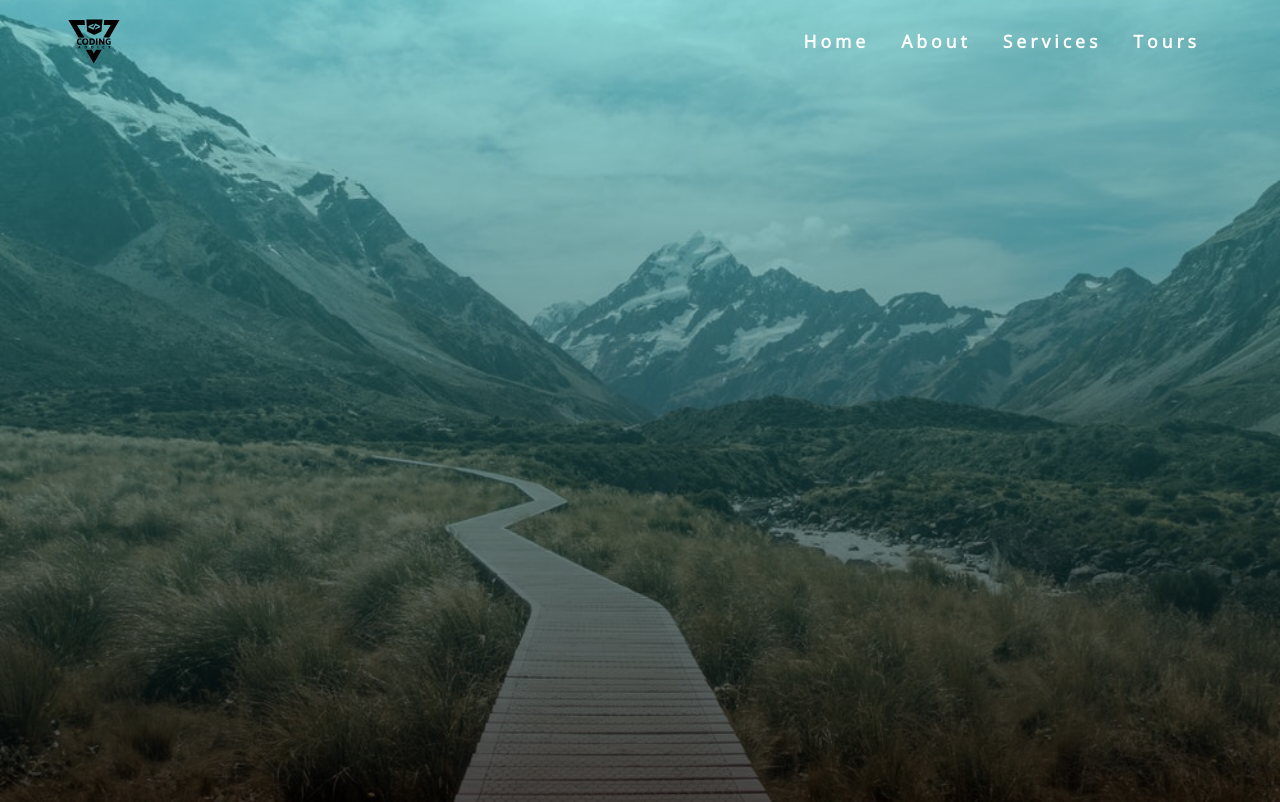
Repository: spidero7/Scroll
Page: index.html
An editor plug-in stored every save of this project. The page is shown before and after the next save, followed by the edit.
The browser window is 1280 px wide. The pictures show the whole page.
Some web libraries are served in a nearby version.

Above is the page before, as saved 2021-10-07 06:44:15.

### index.html
<!DOCTYPE html>
<html lang="en">
<head>
    <meta charset="UTF-8">
    <meta http-equiv="X-UA-Compatible" content="IE=edge">
    <meta name="viewport" content="width=device-width, initial-scale=1.0">
    <title>Scroll</title>
    <link rel="stylesheet" href="styles.css">
    <link rel="stylesheet" href="https://cdnjs.cloudflare.com/ajax/libs/font-awesome/5.14.0/css/all.min.css">
</head>
<body>
    <!-- header  -->
    <header id="home">
        <!-- navbar -->
        <nav id="nav">
            <div class="nav-center">
                <!-- nav header  -->
                <div class="nav-header">
                    <img src="./imgs/logo.svg" alt="logo" class="logo"/>
                    <button class="nav-toggle">
                        <i class="fas fa-bars"></i>
                    </button>
                </div>
                <!-- links -->
                <div class="links-container">
                    <ul class="links">
                        <li>
                          <a href="#home" class="scroll-link">home</a>
                        </li>
                        <li>
                          <a href="#about" class="scroll-link">about</a>
                        </li>
                        <li>
                          <a href="#services" class="scroll-link">services</a>
                        </li>
                        <li>
                          <a href="#tours" class="scroll-link">tours</a>
                        </li>
                      </ul>
                </div>
            </div>
        </nav>
        <!-- banner -->
        <div class="banner">
            <div class="container">
                <h1></h1>
            </div>
        </div>
    </header>
    <script src="app.js"></script>
</body>
</html>

### styles.css
/*
===============
Fonts
===============
*/
@import url("https://fonts.googleapis.com/css?family=Open+Sans|Roboto:400,700&display=swap");

/*
===============
Variables
===============
*/

:root {
  /* dark shades of primary color*/
  --clr-primary-1: hsl(205, 86%, 17%);
  --clr-primary-2: hsl(205, 77%, 27%);
  --clr-primary-3: hsl(205, 72%, 37%);
  --clr-primary-4: hsl(205, 63%, 48%);
  /* primary/main color */
  --clr-primary-5: #49a6e9;
  /* lighter shades of primary color */
  --clr-primary-6: hsl(205, 89%, 70%);
  --clr-primary-7: hsl(205, 90%, 76%);
  --clr-primary-8: hsl(205, 86%, 81%);
  --clr-primary-9: hsl(205, 90%, 88%);
  --clr-primary-10: hsl(205, 100%, 96%);
  /* darkest grey - used for headings */
  --clr-grey-1: hsl(209, 61%, 16%);
  --clr-grey-2: hsl(211, 39%, 23%);
  --clr-grey-3: hsl(209, 34%, 30%);
  --clr-grey-4: hsl(209, 28%, 39%);
  /* grey used for paragraphs */
  --clr-grey-5: hsl(210, 22%, 49%);
  --clr-grey-6: hsl(209, 23%, 60%);
  --clr-grey-7: hsl(211, 27%, 70%);
  --clr-grey-8: hsl(210, 31%, 80%);
  --clr-grey-9: hsl(212, 33%, 89%);
  --clr-grey-10: hsl(210, 36%, 96%);
  --clr-white: #fff;
  --clr-red-dark: hsl(360, 67%, 44%);
  --clr-red-light: hsl(360, 71%, 66%);
  --clr-green-dark: hsl(125, 67%, 44%);
  --clr-green-light: hsl(125, 71%, 66%);
  --clr-secondary: hsla(182, 63%, 54%);
  --clr-black: #222;
  --ff-primary: "Roboto", sans-serif;
  --ff-secondary: "Open Sans", sans-serif;
  --transition: all 0.3s linear;
  --spacing: 0.25rem;
  --radius: 0.5rem;
  --light-shadow: 0 5px 15px rgba(0, 0, 0, 0.1);
  --dark-shadow: 0 5px 15px rgba(0, 0, 0, 0.2);
  --max-width: 1170px;
  --fixed-width: 620px;
}
/*
===============
Global Styles
===============
*/
html {
  scroll-behavior: smooth;
}
*,
::after,
::before {
  margin: 0;
  padding: 0;
  box-sizing: border-box;
}
body {
  font-family: var(--ff-secondary);
  background: var(--clr-grey-10);
  color: var(--clr-grey-1);
  line-height: 1.5;
  font-size: 0.875rem;
}
ul {
  list-style-type: none;
}
a {
  text-decoration: none;
}
img:not(.logo) {
  width: 100%;
}
img {
  display: block;
}

h1,
h2,
h3,
h4 {
  letter-spacing: var(--spacing);
  text-transform: capitalize;
  line-height: 1.25;
  margin-bottom: 0.75rem;
  font-family: var(--ff-primary);
}
h1 {
  font-size: 3rem;
}
h2 {
  font-size: 2rem;
}
h3 {
  font-size: 1.25rem;
}
h4 {
  font-size: 0.875rem;
}
p {
  margin-bottom: 1.25rem;
  color: var(--clr-grey-5);
}
@media screen and (min-width: 800px) {
  h1 {
    font-size: 4rem;
  }
  h2 {
    font-size: 2.5rem;
  }
  h3 {
    font-size: 1.75rem;
  }
  h4 {
    font-size: 1rem;
  }
  body {
    font-size: 1rem;
  }
  h1,
  h2,
  h3,
  h4 {
    line-height: 1;
  }
}
/*  global classes */

.btn {
  text-transform: uppercase;
  background: transparent;
  color: var(--clr-black);
  padding: 0.375rem 0.75rem;
  letter-spacing: var(--spacing);
  display: inline-block;
  transition: var(--transition);
  font-size: 0.875rem;
  border: 2px solid var(--clr-black);
  cursor: pointer;
  box-shadow: 0 1px 3px rgba(0, 0, 0, 0.2);
  border-radius: var(--radius);
}
.btn:hover {
  color: var(--clr-white);
  background: var(--clr-black);
}
.btn-white {
  color: var(--clr-white);
  border-color: var(--clr-white);
  border-radius: 0;
  padding: 0.5rem 1rem;
}
.btn:hover {
  background: var(--clr-white);
  color: var(--clr-secondary);
}
/* section */
.section {
  padding-bottom: 5rem;
}

.section-center {
  width: 90vw;
  margin: 0 auto;
  max-width: 1170px;
}
@media screen and (min-width: 992px) {
  .section-center {
    width: 95vw;
  }
}
main {
  min-height: 100vh;
  display: grid;
  place-items: center;
}
/*
===============
Scroll
===============
*/
/* navbar */
nav {
  background: var(--clr-white);
  padding: 1rem 1.5rem;
}
/* fixed nav */
.fixed-nav {
  position: fixed;
  top: 0;
  left: 0;
  width: 100%;
  background: var(--clr-white);
  box-shadow: var(--light-shadow);
}
.fixed-nav .links a {
  color: var(--clr-grey-1);
}
.fixed-nav .links a:hover {
  color: var(--clr-secondary);
}
/* .fixed-nav .links-container {
  height: auto !important;
} */
.nav-header {
  display: flex;
  align-items: center;
  justify-content: space-between;
}
.nav-toggle {
  font-size: 1.5rem;
  color: var(--clr-grey-1);
  background: transparent;
  border-color: transparent;
  transition: var(--transition);
  cursor: pointer;
}
.nav-toggle:hover {
  color: var(--clr-secondary);
}
.logo {
  height: 50px;
}
.links-container {
  height: 0;
  overflow: hidden;
  transition: var(--transition);
}
.show-links {
  height: 200px;
}
.links a {
  background: var(--clr-white);
  color: var(--clr-grey-5);
  font-size: 1.1rem;
  text-transform: capitalize;
  letter-spacing: var(--spacing);
  display: block;
  transition: var(--transition);
  font-weight: bold;
  padding: 0.75rem 0;
}
.links a:hover {
  color: var(--clr-grey-1);
}
@media screen and (min-width: 800px) {
  nav {
    background: transparent;
  }
  .nav-center {
    width: 90vw;
    max-width: 1170px;
    margin: 0 auto;
    display: flex;
    align-items: center;
    justify-content: space-between;
  }
  .nav-header {
    padding: 0;
  }
  .nav-toggle {
    display: none;
  }
  .links-container {
    height: auto !important;
  }
  .links {
    display: flex;
  }
  .links a {
    background: transparent;
    color: var(--clr-white);
    font-size: 1.1rem;
    text-transform: capitalize;
    letter-spacing: var(--spacing);
    display: block;
    transition: var(--transition);
    margin: 0 1rem;
    font-weight: bold;
    padding: 0;
  }
  .links a:hover {
    color: var(--clr-white);
  }
}
/* hero */
header {
  min-height: 100vh;
  background: linear-gradient(rgba(63, 208, 212, 0.5), rgba(0, 0, 0, 0.7)),
    url(./hero-bcg.jpeg) center/cover no-repeat;
}
.banner {
  min-height: 100vh;
  display: grid;
  place-items: center;
  text-align: center;
}
.container h1 {
  color: var(--clr-white);
  text-transform: uppercase;
}
.container p {
  color: var(--clr-white);
  max-width: 25rem;
  margin: 0 auto;
  margin-bottom: 1.25rem;
}
@media screen and (min-width: 768px) {
  .container p {
    max-width: 40rem;
  }
}
/* sections and title */
.title h2 {
  text-align: center;
  text-transform: uppercase;
}
.title span {
  color: var(--clr-secondary);
}
#about,
#services,
#tours {
  height: 80vh;
}
#services {
  background: var(--clr-white);
}
footer {
  background: var(--clr-grey-1);
  padding: 5rem 1rem;
}
footer p {
  color: var(--clr-white);
  text-align: center;
  text-transform: capitalize;
  letter-spacing: var(--spacing);
  margin-bottom: 0;
}

.top-link {
  font-size: 1.25rem;
  position: fixed;
  bottom: 3rem;
  right: 3rem;
  background: var(--clr-secondary);
  width: 2rem;
  height: 2rem;
  display: grid;
  place-items: center;
  border-radius: var(--radius);
  color: var(--clr-white);
  animation: bounce 2s ease-in-out infinite;

  visibility: hidden;
  z-index: -100;
}
.show-link {
  visibility: visible;
  z-index: 100;
}

@keyframes bounce {
  0% {
    transform: scale(1);
  }
  50% {
    transform: scale(1.5);
  }
  100% {
    transform: scale(1);
  }
}

Loaded but not shown: app.js (no stored copy; drawn as an empty file)

After the next save:
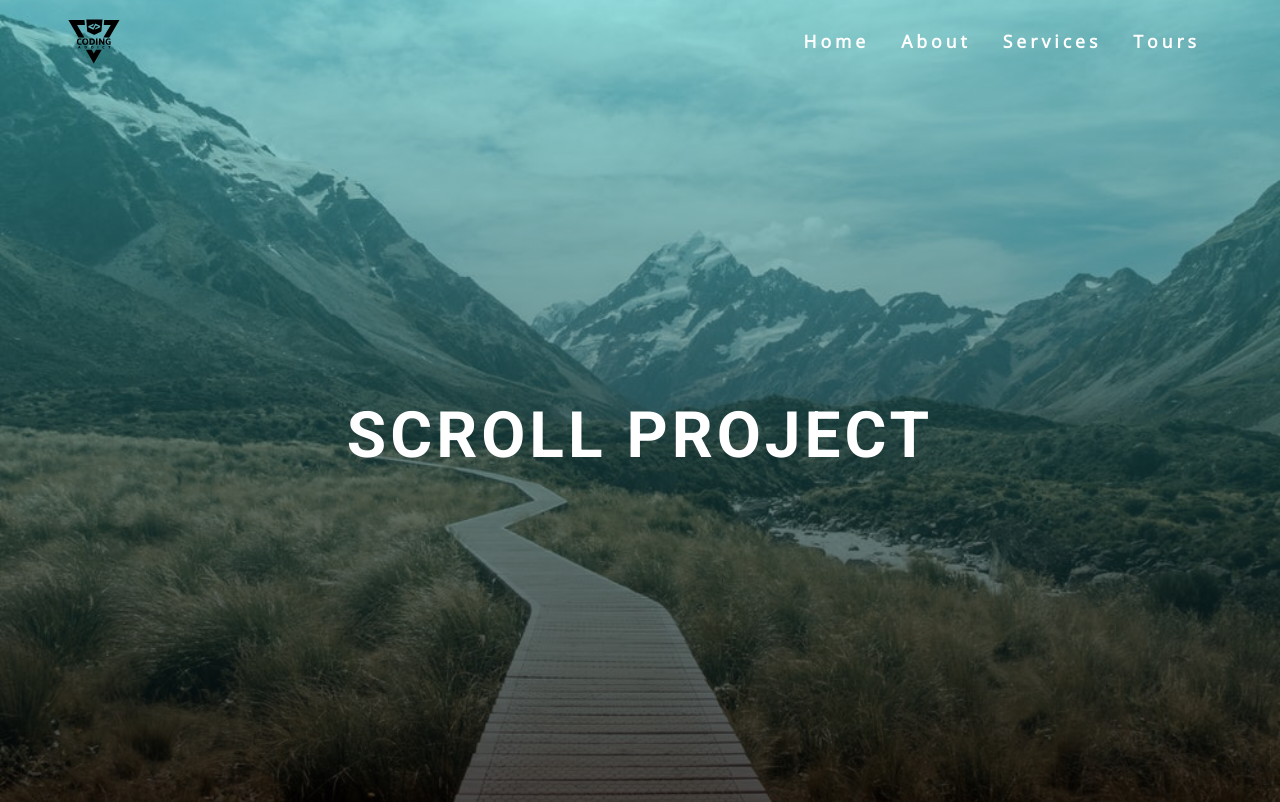
Saved 4 s later.
--- a/index.html
+++ b/index.html
@@ -43,7 +43,7 @@
         <!-- banner -->
         <div class="banner">
             <div class="container">
-                <h1></h1>
+                <h1>scroll project</h1>
             </div>
         </div>
     </header>
